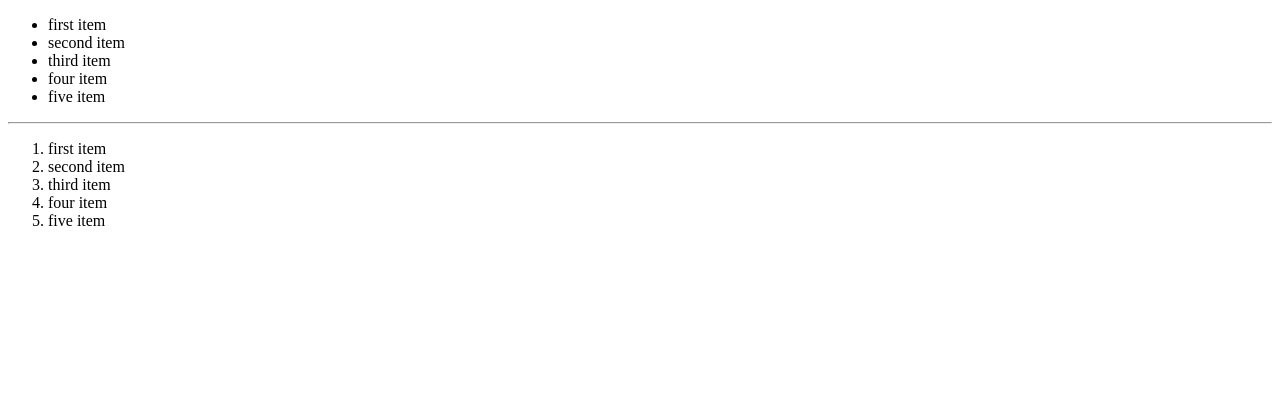
Repository: viveknaidu007/repo-166-Full-Stack-Development-Learning-Notes-Innomatics-2024
Page: module_1-html,css,bootstrap/spet_20_2024/index.html
These files come from the project's save history. The page is drawn as it stood at one moment and after the next save; the edit follows.
The browser window is 1280 px wide. The pictures show the whole page.

Above is the page before, as saved 2024-09-21 11:32:46.

### module_1-html,css,bootstrap/spet_20_2024/index.html
<!DOCTYPE html>
<html lang="en">
<head>
    <meta charset="UTF-8">
    <meta name="viewport" content="width=device-width, initial-scale=1.0">
    <title>Document</title>
</head>
<body>
    <ul>
        <li> first item</li>
        <li> second item</li>
        <li> third item</li>
        <li> four item</li>
        <li> five item</li>
    </ul>

    <hr>

    <ol>
        <li> first item </li>
        <li> second item </li>
        <li> third item </li>
        <li> four item </li>
        <li> five item </li>
    </ol>

</body>
</html>

After the next save:
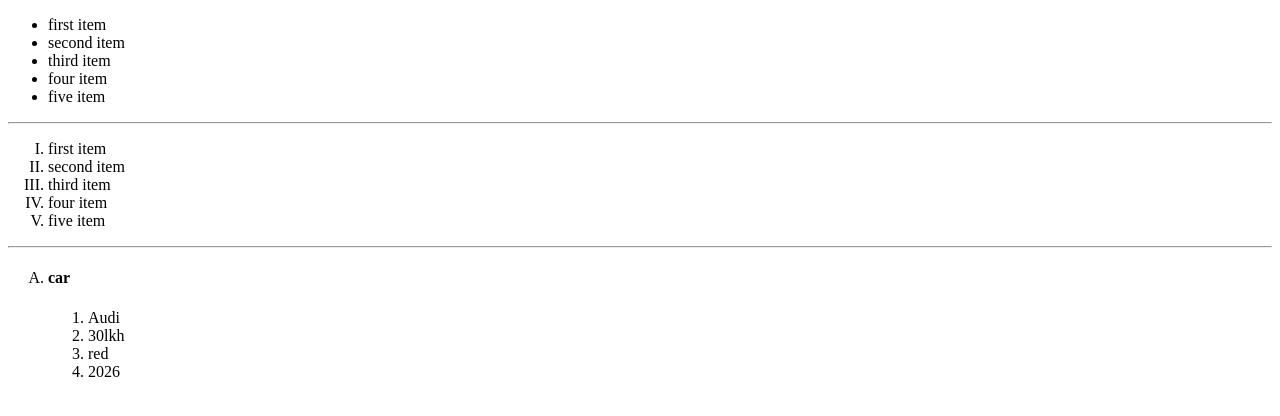
Saved 18 min 36 s later.
--- a/module_1-html,css,bootstrap/spet_20_2024/index.html
+++ b/module_1-html,css,bootstrap/spet_20_2024/index.html
@@ -16,7 +16,7 @@
 
     <hr>
 
-    <ol>
+    <ol type="I">
         <li> first item </li>
         <li> second item </li>
         <li> third item </li>
@@ -24,5 +24,19 @@
         <li> five item </li>
     </ol>
 
+    <hr>
+
+    <ol type="A">
+        <li>
+            <h4> car </h4>
+            <ol>
+                <li> Audi </li>
+                <li> 30lkh </li>
+                <li> red </li>
+                <li> 2026 </li>
+            </ol>
+        </li>
+    </ol>
+
 </body>
 </html>
